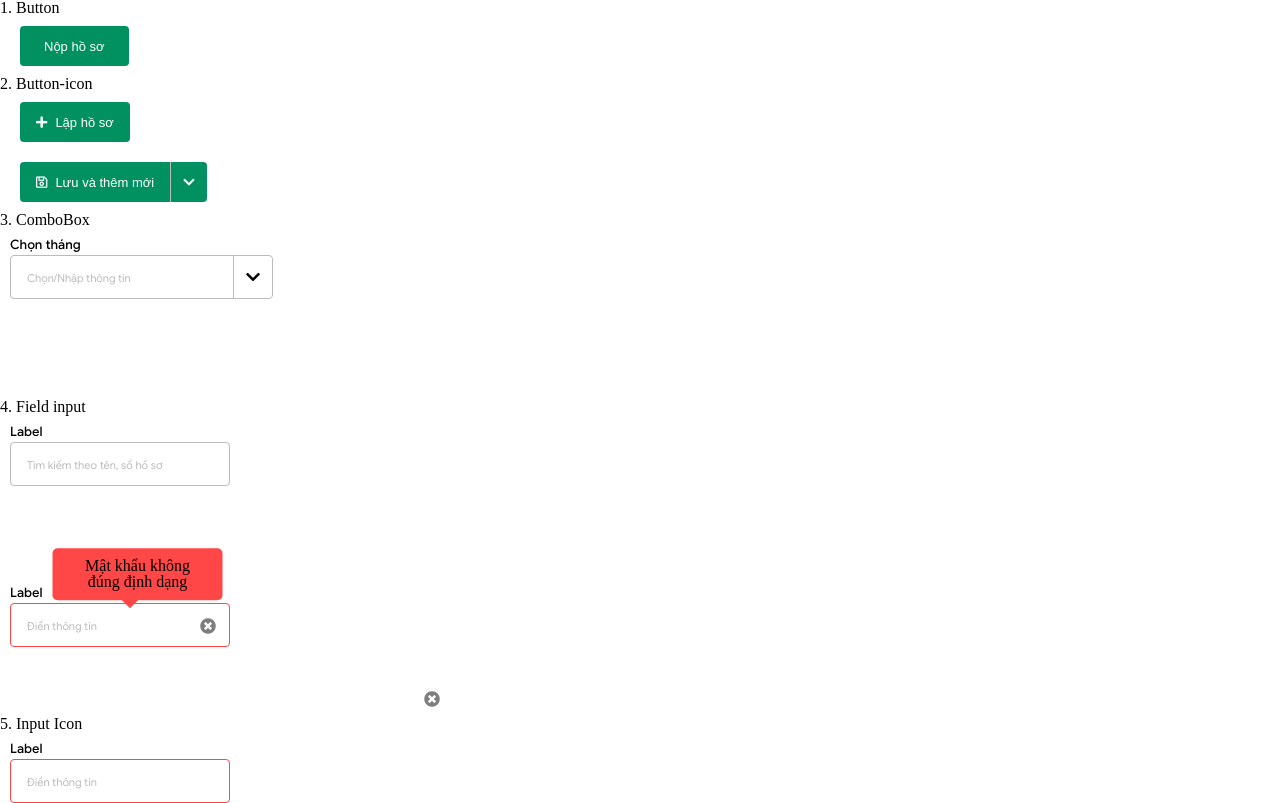
Repository: DAOVANLOI2K1/cukcuk_employeeGrid
Page: Page/index.html
The author's editor kept a copy of each file at every save. The page is drawn from the files as they stood at one save, then again after the next save.
The browser window is 1280 px wide. The pictures show the whole page.

Above is the page before, as saved 2022-06-28 10:11:27.

### Page/index.html
<!DOCTYPE html>
<html lang="en">
<head>
    <meta charset="UTF-8">
    <meta http-equiv="X-UA-Compatible" content="IE=edge">
    <meta name="viewport" content="width=\\, initial-scale=1.0">
    <link rel="stylesheet" href="../css/common/common.css">
    <link rel="stylesheet" href="../css/layout/reset.css">
    <link rel="stylesheet" href="../asset/font/fontawesome-5.15.1/css/all.min.css">
    <title>Document</title>
</head>
<body>
    <label>1. Button</label>
    <div class="row">
        <button class="ms-btn">Nộp hồ sơ</button>
    </div>
    <label>2. Button-icon</label>
    <div class="row">
        <button class="ms-btn ms-btn-icon"><i class="fas fa-plus icon"></i>Lập hồ sơ</button>
    </div>
    <div class="row">
        <button class="ms-btn ms-btn-icon btn2"><i class="far fa-save icon"></i>Lưu và thêm mới</button>
        <button class="ms-btn arrow-down"><i class="fas fa-chevron-down icon"></i></button>
    </div>
    <label>3. ComboBox</label>
    <div class="row">
        <h3 class="label">Chọn tháng</h3>
        <div class="combo_box">
            <input type="text" class="ms-input input1" id="input" placeholder="Chọn/Nhập thông tin">
            <i class="fas fa-chevron-down icon"></i>
            <div class="options-dropdown">
                <div class="option">
                    <i class="fas fa-check option_icon"></i>
                    <h3 class="option_text">Trạng thái 1</h3>
                </div>
                <div class="option">
                    <i class="fas fa-check option_icon"></i>
                    <h3 class="option_text">Trạng thái 2</h3>
                </div>
            </div>
        </div>
    </div>
    <label>4. Field input</label>
    <div class="row">
        <h3 class="label">Label</h3>
        <input type="text" class="ms-input" placeholder="Tìm kiếm theo tên, số hồ sơ">
    </div>
    <div class="row" style="margin-top: 100px;">
        <h3 class="label">Label</h3>
        <input type="text" class="ms-input error_input" placeholder="Điền thông tin">
        <div class="error_box">
            <h2 class="error_message">Mật khẩu không đúng định dạng</h2>
        </div>
        <i class="fas fa-times-circle error_icon"></i>
    </div>
    <label>5. Input Icon</label>
    <div class="row">
        <h3 class="label">Label</h3>
        <input type="text" class="ms-input error_input" placeholder="Điền thông tin">
        <i class="fas fa-times-circle error_icon"></i>
    </div>
    <script src="../js/main.js"></script>
</body>
</html>

### css/common/common.css
@import url(button.css);
@import url(input.css);
@import url(combobox.css);
@import url(fieldInput.css);

body {
    font-family: GoogleSans-Regular;
    box-sizing: border-box;
}

.row {
    margin-left: 10px;
}

@font-face {
    font-family: GoogleSans-Bold;
    src: url(../../asset/font/GoogleSans-Bold.otf);
}
@font-face {
    font-family: GoogleSans-Medium;
    src: url(../../asset/font/GoogleSans-Medium.otf);
}
@font-face {
    font-family: GoogleSans-Regular;
    src: url(../../asset/font/GoogleSans-Regular.otf);
}

### js/main.js
// click arrow combobox
document.querySelector('.combo_box .icon').addEventListener('click', function(e) {
    this.classList.toggle('active');
    document.getElementsByClassName('option')[1].classList.remove('active');
    document.getElementsByClassName('option')[0].classList.remove('active');
});
// click option drop combobox
document.getElementsByClassName('option')[0].addEventListener('click', function() {
    this.classList.add('active');
    document.getElementsByClassName('option')[1].classList.remove('active');
    document.getElementById('input').value = 'Trạng thái 1';
});
document.getElementsByClassName('option')[1].addEventListener('click', function() {
    this.classList.add('active');
    document.getElementsByClassName('option')[0].classList.remove('active');
    document.getElementById('input').value = 'Trạng thái 2';
});

### css/common/button.css
.ms-btn {
    margin: 10px;
    height: 40px;
    padding: 0 24px;
    color: #fff;
    background-color: #019160;
    border-radius: 4px;
    font-size: 13px;
    align-items: center;
    border: none;
    cursor: pointer;
    min-width: 100px;
    transition: all .1s linear;
}

.ms-btn:hover {
    background-color: #2fbe8e;
}

.ms-btn:active {
    background-color: #01b075;
}

.ms-btn-icon {
    padding: 0 16px;
    text-align: left;
    margin-right: 0;
}

.ms-btn-icon > .icon{
    margin-right: 8px;
}

.btn2 {
    border-top-right-radius: 0;
    border-bottom-right-radius: 0;
}

.arrow-down {
    padding: 0 12px;
    min-width: unset;
    margin-left: -4px;
    border-left: 1px solid #bbb;
    border-bottom-left-radius: 0;
    border-top-left-radius: 0;
}
.arrow-down:hover > .icon {
    transform: rotate(180deg);
}

### css/common/input.css
.ms-input {
    outline: none;
    padding-left: 16px;
    height: 40px;
    border: 1px solid #bbb;
    border-radius: 4px;
    width: 200px;
    font-size: 13px;
    color: #000;
}

.label {
    margin-top: 10px;
    margin-bottom: 4px;
    font-size: 13px;
    color: #000;
    font-family: GoogleSans-Medium;
}

.ms-input::placeholder {
    font-size: 11px;
    color: #bbb;
    font-family: GoogleSans-Regular;
}

.ms-input:focus {
    border-color: #019160;
}

### css/common/combobox.css
.input1 {
    padding-right: 45px;
}

.combo_box {
    position: relative;
    display: inline-block;
    margin-bottom: 100px;
}

.combo_box > .icon {
    position: absolute;
    top: 1px;
    right: 1px;
    padding: 13px 12px;
    border-left: 1px solid #bbb;
    border-top-right-radius: 4px;
    border-bottom-right-radius: 4px;
    cursor: pointer;
}
.icon.active {
    border-top-right-radius: 0;
    border-bottom-right-radius: 0;
    border-top-left-radius: 4px;
    border-bottom-left-radius: 4px;
    border-left: none;
    border-right: 1px solid #bbb;
    background-color: #e9ebee;
    transform: rotate(180deg);
}
.icon.active ~ .options-dropdown {
    opacity: 1;
    visibility: visible;
}

.options-dropdown {
    position: absolute;
    padding: 5px 0;
    top: 100%;
    left: 0;
    width: 100%;
    border-radius: 4px;
    box-shadow: 0 2px 5px 0 rgba(0, 0, 0, 0.432);
    opacity: 0;
    visibility: hidden;
    transition: all .1s linear;
}

.option {
    display: flex;
    align-items: center;
    height: 40px;
}

.option_icon {
    margin: 0 10px;
    font-size: 16px;
    opacity: 0;
}

.option:hover {
    background-color: #e9ebee;
}

.option.active {
    background-color: #019160;
    color: white;
}
.option.active > .option_icon{
    opacity: 1;
}

### css/common/fieldInput.css
.error_box {
    width: 130px;
    padding: 10px 20px;
    background-color: #ff4747;
    text-align: center;
    border-radius: 5px;
    position: relative;
    transform: translate(25%, -190%);
}

.error_box::before {
    content: "";
    position: absolute;
    bottom: -5px;
    right: 50%;
    width: 15px;
    height: 15px;
    background-color: #ff4747;
    transform: rotate(45deg);
}

.error_input {
    border-color: #ff4747;
}

.error_icon {
    transform: translate(190px, -81px);
    opacity: 0.5;
    cursor: pointer;
}

Loaded but not shown: css/layout/reset.css (common file); asset/font/fontawesome-5.15.1/css/all.min.css (library)

After the next save:
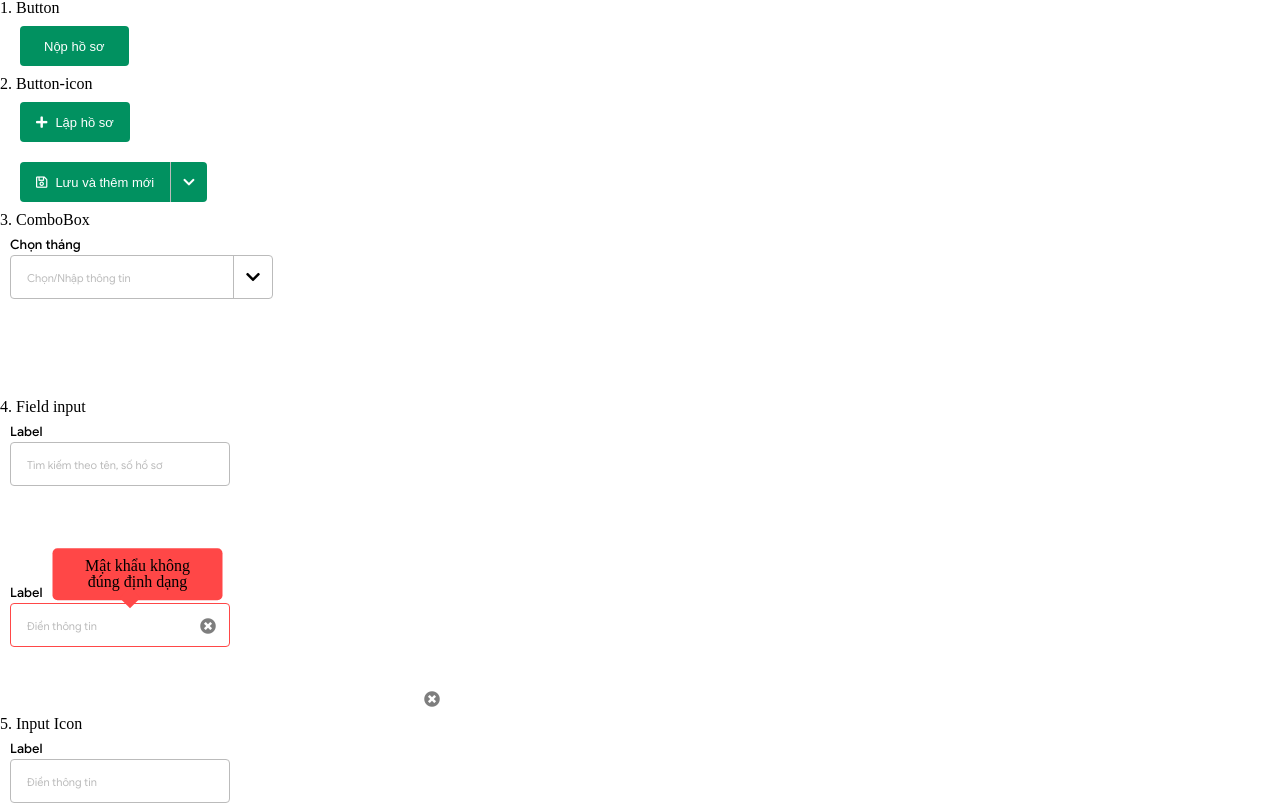
Saved 12 s later.
--- a/Page/index.html
+++ b/Page/index.html
@@ -56,7 +56,7 @@
     <label>5. Input Icon</label>
     <div class="row">
         <h3 class="label">Label</h3>
-        <input type="text" class="ms-input error_input" placeholder="Điền thông tin">
+        <input type="text" class="ms-input" placeholder="Điền thông tin">
         <i class="fas fa-times-circle error_icon"></i>
     </div>
     <script src="../js/main.js"></script>
